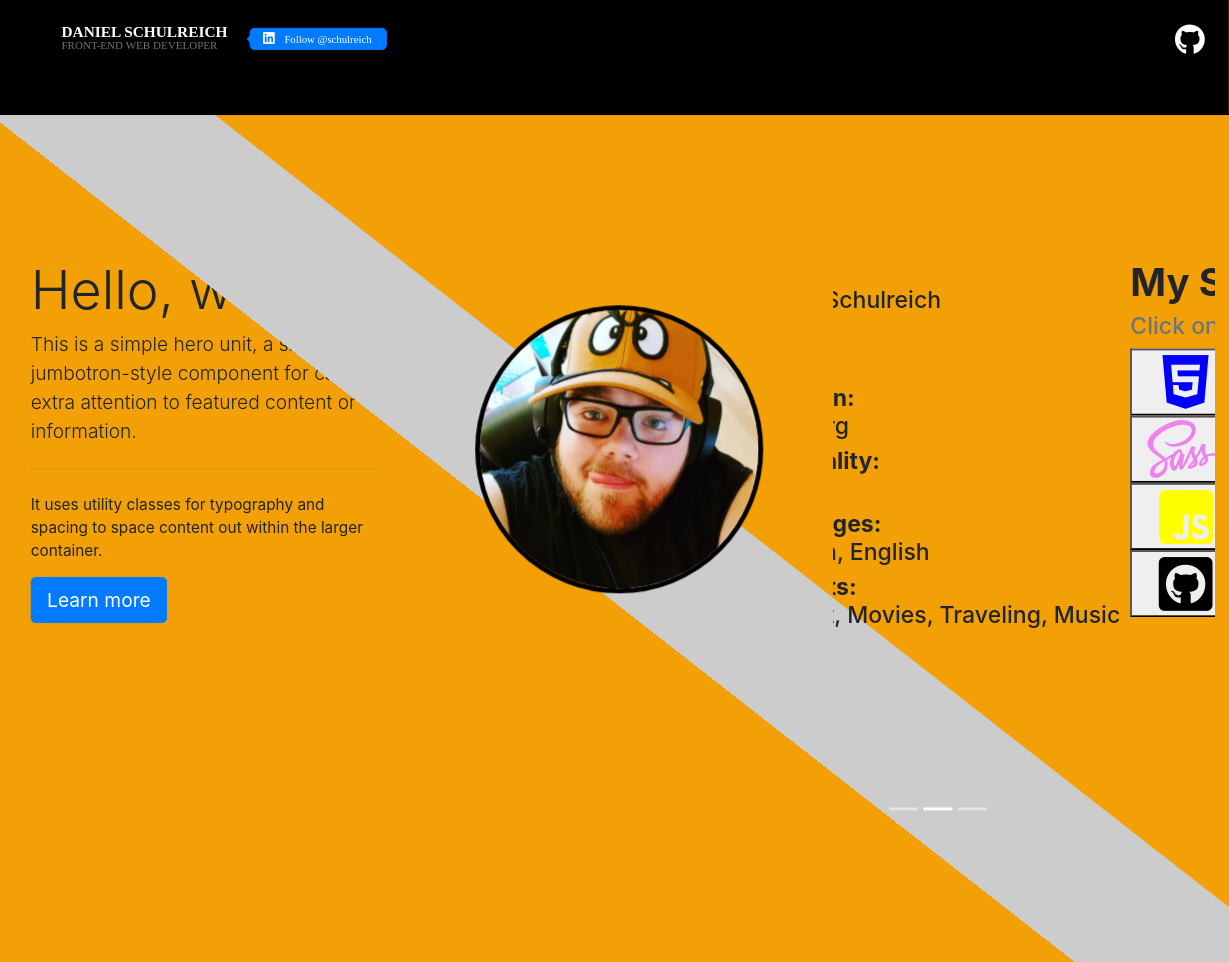
Repository: schulreich/my_portfolio
Page: portfolio.html
The author's editor kept a copy of each file at every save. The page is drawn from the files as they stood at one save, then again after the next save.
The browser window is 1280 px wide. The pictures show the whole page, at 96% of full size.
Some web fonts or font styles are not loaded; a fallback is used. Some web libraries are served in a nearby version.

Above is the page before, as saved 2020-06-18 00:24:41.

After the next save:
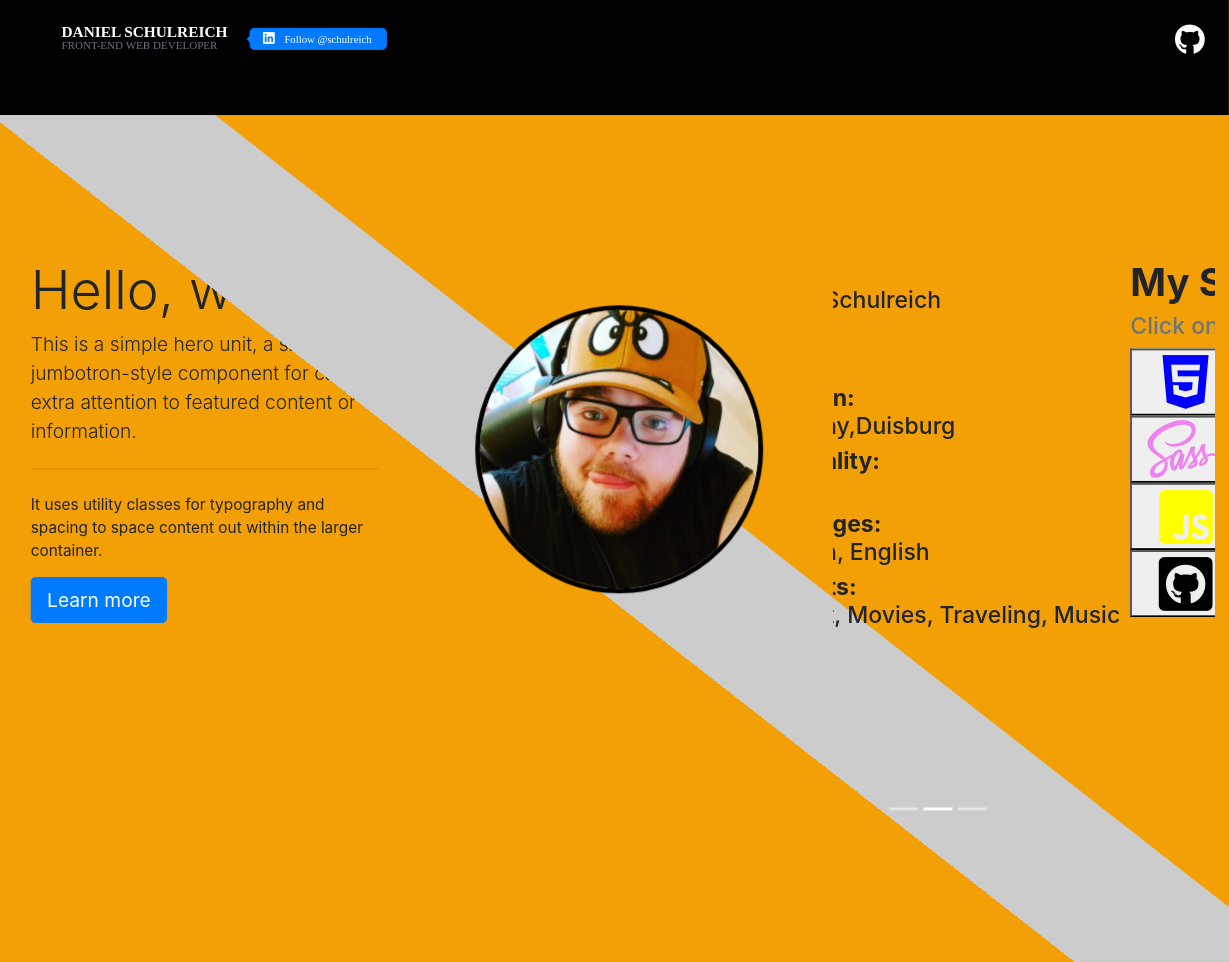
Saved 39 h 19 min later.
--- a/portfolio.html
+++ b/portfolio.html
@@ -96,7 +96,7 @@
                 <div class="modal-dialog modal-lg">
                   <div class="modal-content">
                     <div class="modal-header">
-                      <h5 class="modal-title" id="exampleModalLabel"><strong>#Register</strong></h5>
+                      <h5 class="modal-title" id="exampleModalLabel"><strong>WordPress</strong></h5>
                       <button type="button" class="close" data-dismiss="modal" aria-label="Close">
                         <span aria-hidden="true">&times;</span>
                       </button>
@@ -142,8 +142,8 @@
     <div class="carousel-inner">
         <div class="carousel-item active">
               <h4><strong>Name:</strong> <br> Daniel Schulreich</h4>
-              <h4><strong>Age:</strong> <br> 32</h4>
-              <h4><strong>Location:</strong> <br> Duisburg</h4>
+              <h4><strong>Age:</strong> <br> 33</h4>
+              <h4><strong>Location:</strong> <br> Germany,Duisburg</h4>
               <h4><strong>Nationality:</strong> <br> Austria</h4>
               <h4><strong>Languages:</strong> <br> German, English</h4>
               <h4><strong>Interests:</strong> <br> E-Sport, Movies, Traveling, Music</h4>
